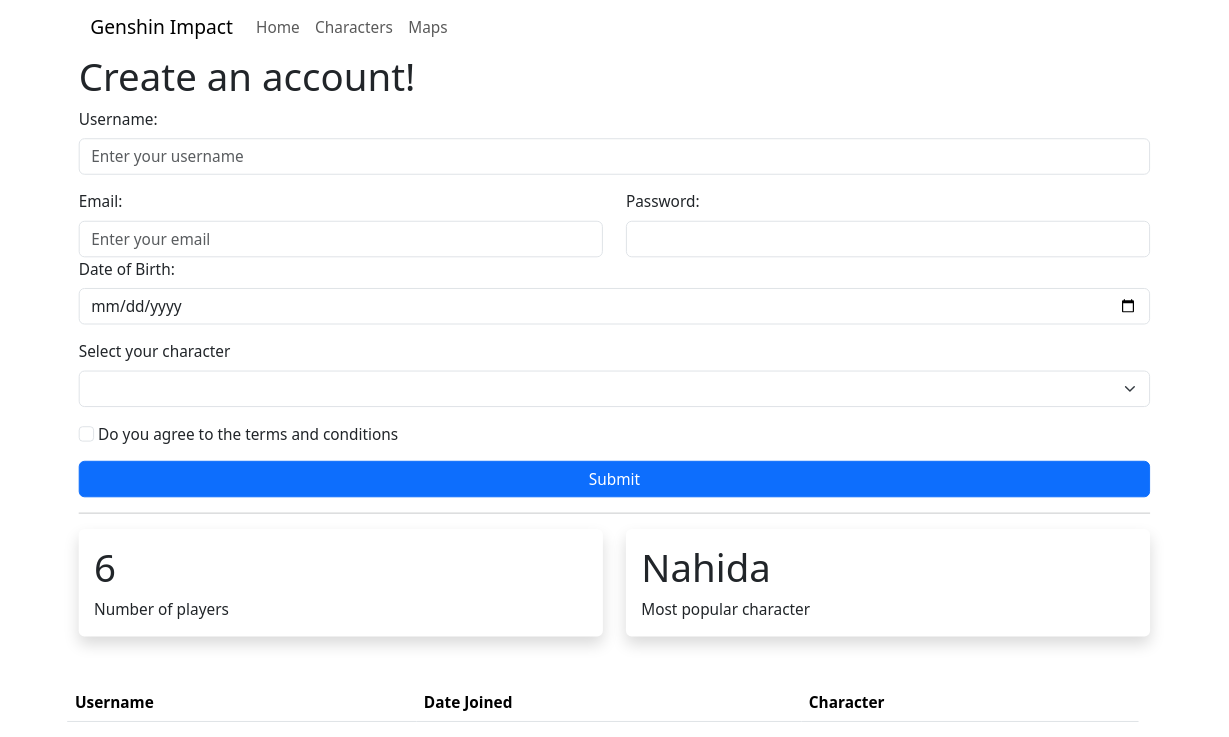
Repository: pendragons-code/BootStrap-Lesson
Page: static/html/genshin_account.html
The author's editor kept a copy of each file at every save. The page is drawn from the files as they stood at one save, then again after the next save.
The browser window is 1280 px wide. The pictures show the whole page, at 96% of full size.

Above is the page before, as saved 2024-07-22 13:31:17.
Console error: TypeError: Cannot set properties of null (setting 'innerHTML')

After the next save:
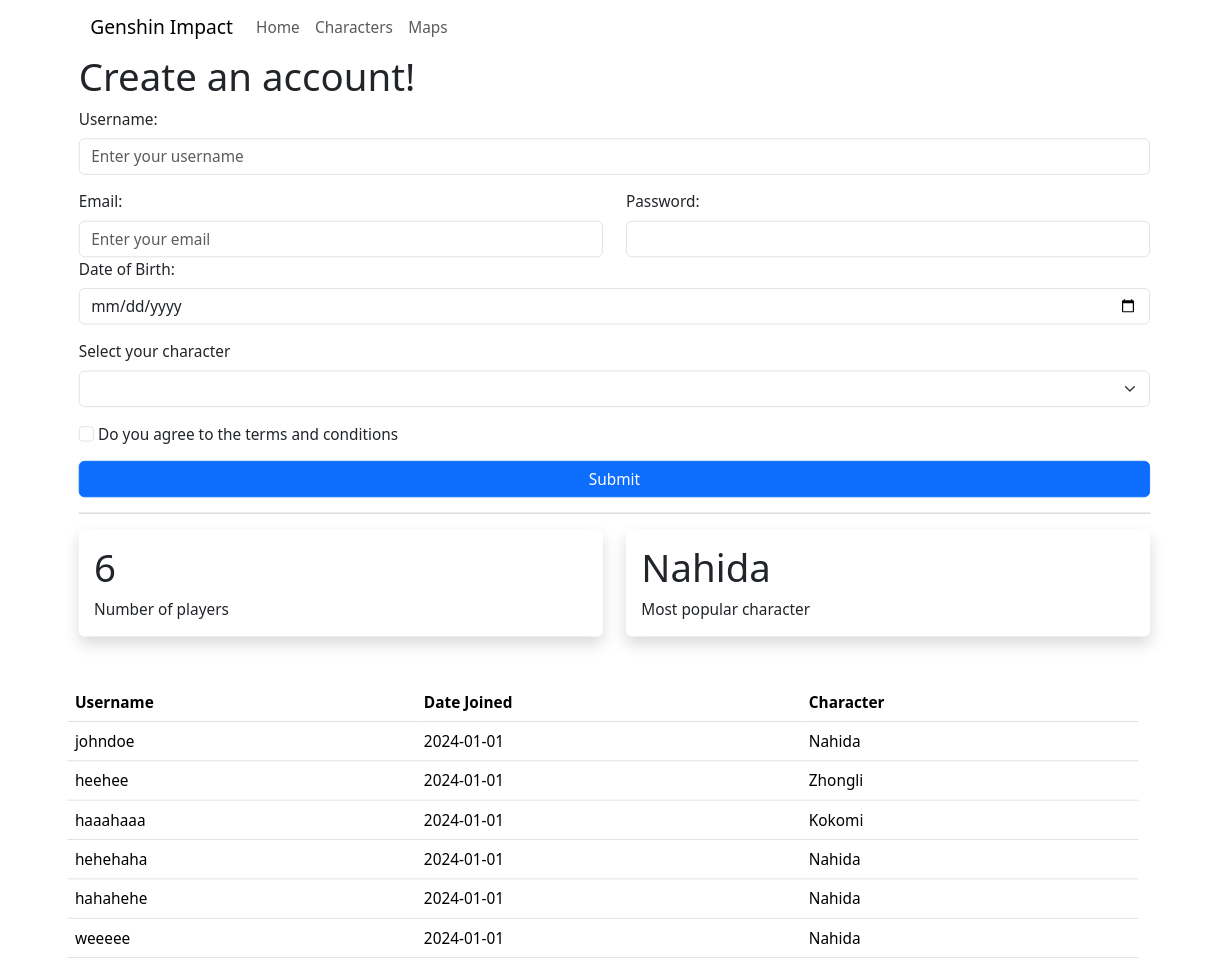
The error is gone.
Saved 53 s later.
--- a/static/html/genshin_account.html
+++ b/static/html/genshin_account.html
@@ -126,7 +126,7 @@
 							<th scope="col">Character</th>
 						</tr>
 					</thead>
-					<tbody id="playerTableBody>"></tbody>
+					<tbody id="playerTableBody"></tbody>
 				</table>
 			</div>
 		</div>
